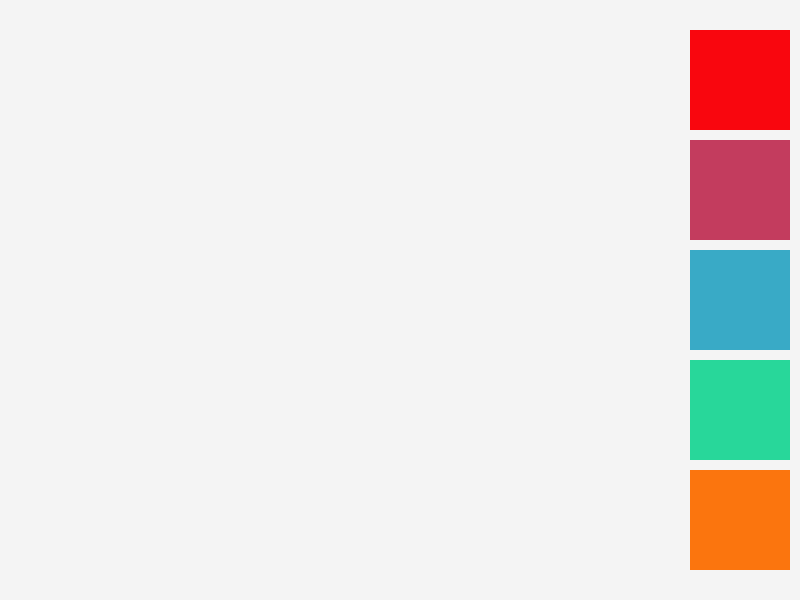
Repository: AlanVidalll/Curso-Java-Completo
Program's window: java exercicios-javafx/src/layout/AppLayout.java
These files come from the project's save history. The program's window is drawn as it stood at one moment and after the next save; the edit follows.
It runs on Java 21 on a 1366 x 768 screen with JavaFX 11; the title bar is not drawn.

Above is the program's window before, as saved 2020-04-11 13:37:59.

After the next save:
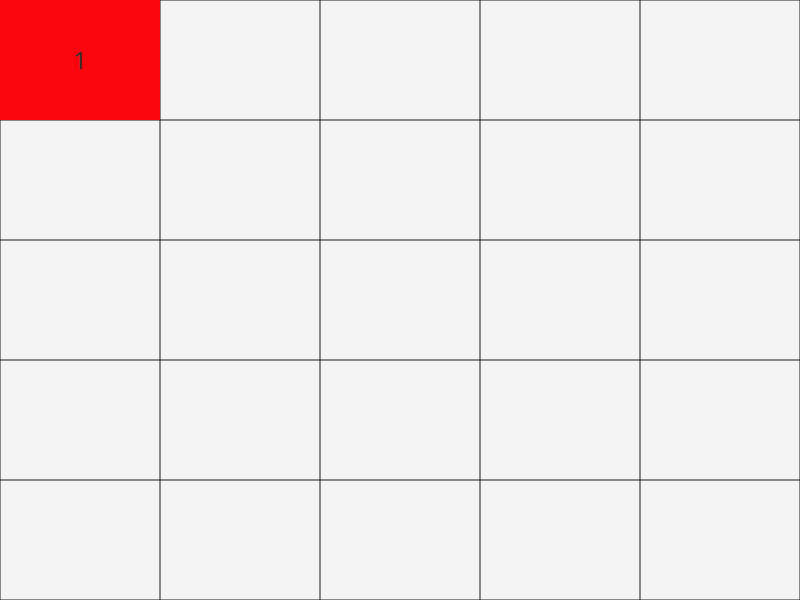
Saved 10 min 11 s later.
--- a/exercicios-javafx/src/layout/AppLayout.java
+++ b/exercicios-javafx/src/layout/AppLayout.java
@@ -14,6 +14,7 @@
 		raiz = new TesteAnchorPane();
 		raiz = new TesteBorderPane();
 		raiz = new TesteFlowPane();
+		raiz = new TesteGridPane();
 
 		//Scene principal = new Scene(new TesteAnchorPane(),800,600);
 		Scene principal = new Scene(raiz,800,600);
--- a/exercicios-javafx/src/layout/TesteGridPane.java
+++ b/exercicios-javafx/src/layout/TesteGridPane.java
@@ -1,6 +1,8 @@
 package layout;
 
+import javafx.scene.layout.ColumnConstraints;
 import javafx.scene.layout.GridPane;
+import javafx.scene.layout.RowConstraints;
 
 public class TesteGridPane extends GridPane {
 
@@ -8,5 +10,36 @@
 	public  TesteGridPane() {
 
 
+		Caixa c1 = new Caixa().comTexto("1");
+		Caixa c2 = new Caixa().comTexto("2");
+		Caixa c3 = new Caixa().comTexto("3");
+		Caixa c4 = new Caixa().comTexto("4");
+		Caixa c5 = new Caixa().comTexto("5");
+		Caixa c6 = new Caixa().comTexto("6");
+
+		setGridLinesVisible(true);
+
+		getColumnConstraints().addAll(cc(),cc(),cc(),cc(),cc());
+		getRowConstraints().addAll(rc(),rc(),rc(),rc(),rc());
+
+		add(c1, 0, 0);
+	}
+
+	private ColumnConstraints cc() {
+
+		ColumnConstraints cc = new ColumnConstraints();
+		cc.setPercentWidth(20);
+		cc.setFillWidth(true);
+		return cc;
+
+	}
+
+	private RowConstraints rc() {
+	RowConstraints rc = new RowConstraints();
+	rc.setPercentHeight(20);
+	rc.setFillHeight(true);
+	return rc;
+
+
 	}
 }
